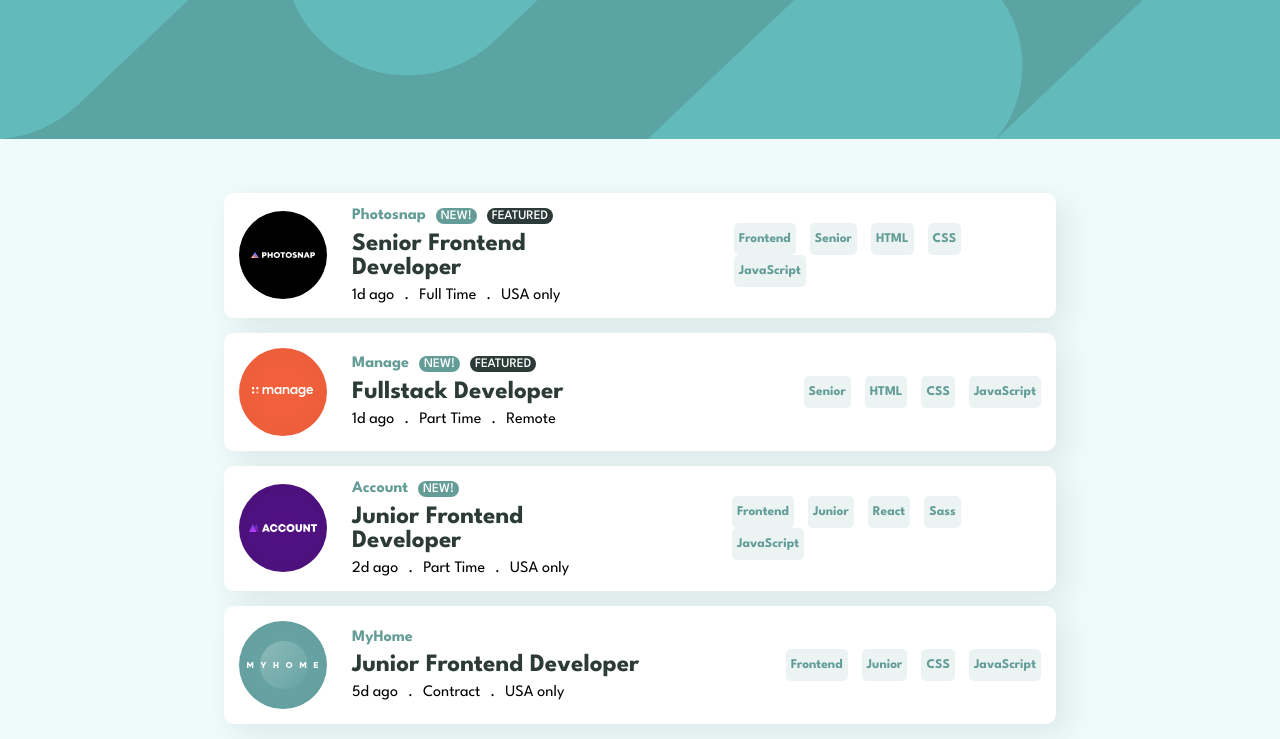
Repository: Eldream12/JobListing
Page: index.html
The author's editor kept a copy of each file at every save. The page is drawn from the files as they stood at one save, then again after a run of saves.
The browser window is 1280 px wide. The pictures show the whole page.

Above is the page before, as saved 2025-03-31 22:06:01.

### index.html
<!DOCTYPE html>
<html lang="en">
	<head>
		<meta charset="UTF-8" />
		<meta name="viewport" content="width=device-width, initial-scale=1.0" />
		<title>Job Listing</title>
		<link rel="stylesheet" href="style/style.css" />
	</head>

	<body>
		<header>
			<div>
				<img src="Images/bg-header-desktop.svg" alt="NavHeader" />
			</div>
		</header>

		<main>
			<div class="content-carrier">
				<div class="content">
					<div class="ctn">
						<img src="Images/photosnap.svg" alt="photosnap" />
						<div class="content-text">
							<div class="txt-1">
								<h4>Photosnap</h4>
								<div class="btn-1">
									<button>NEW!</button>
								</div>
								<div class="btn-2">
									<button>FEATURED</button>
								</div>
							</div>
							<div class="txt-2">
								<h2>Senior Frontend Developer</h2>
							</div>
							<div class="txt-3">
								<p>1d ago</p>
								<p>.</p>
								<p>Full Time</p>
								<p>.</p>
								<p>USA only</p>
							</div>
						</div>
					</div>

					<div class="btn">
						<button>Frontend</button>
						<button>Senior</button>
						<button>HTML</button>
						<button>CSS</button>
						<button>JavaScript</button>
					</div>
				</div>

				<div class="content">
					<div class="ctn">
						<img src="Images/manage.svg" alt="photosnap" />
						<div class="content-text">
							<div class="txt-1">
								<h4>Manage</h4>
								<div class="btn-1">
									<button>NEW!</button>
								</div>
								<div class="btn-2">
									<button>FEATURED</button>
								</div>
							</div>
							<div class="txt-2">
								<h2>Fullstack Developer</h2>
							</div>
							<div class="txt-3">
								<p>1d ago</p>
								<p>.</p>
								<p>Part Time</p>
								<p>.</p>
								<p>Remote</p>
							</div>
						</div>
					</div>

					<div class="btn">
						<!-- <button>Frontend</button> -->
						<button>Senior</button>
						<button>HTML</button>
						<button>CSS</button>
						<button>JavaScript</button>
					</div>
				</div>

				<div class="content">
					<div class="ctn">
						<img src="Images/account.svg" alt="photosnap" />
						<div class="content-text">
							<div class="txt-1">
								<h4>Account</h4>
								<div class="btn-1">
									<button>NEW!</button>
								</div>
								<div class="btn-2">
									<!-- <button>FEATURED</button> -->
								</div>
							</div>
							<div class="txt-2">
								<h2>Junior Frontend Developer</h2>
							</div>
							<div class="txt-3">
								<p>2d ago</p>
								<p>.</p>
								<p>Part Time</p>
								<p>.</p>
								<p>USA only</p>
							</div>
						</div>
					</div>

					<div class="btn">
						<button>Frontend</button>
						<button>Junior</button>
						<button>React</button>
						<button>Sass</button>
						<button>JavaScript</button>
					</div>
				</div>

				<div class="content">
					<div class="ctn">
						<img src="Images/myhome.svg" alt="photosnap" />
						<div class="content-text">
							<div class="txt-1">
								<h4>MyHome</h4>
								<div class="btn-1">
									<!-- <button>NEW!</button> -->
								</div>
								<div class="btn-2">
									<!-- <button>FEATURED</button> -->
								</div>
							</div>
							<div class="txt-2">
								<h2>Junior Frontend Developer</h2>
							</div>
							<div class="txt-3">
								<p>5d ago</p>
								<p>.</p>
								<p>Contract</p>
								<p>.</p>
								<p>USA only</p>
							</div>
						</div>
					</div>

					<div class="btn">
						<button>Frontend</button>
						<button>Junior</button>
						<!-- <button>React</button> -->
						<button>CSS</button>
						<button>JavaScript</button>
					</div>
				</div>
			</div>
		</main>
		<footer></footer>
	</body>
</html>

### style/style.css
@import url("https://fonts.googleapis.com/css2?family=League+Spartan:wght@100..900&display=swap");

* {
	font-family: League Spartan;
	margin: 0;
	padding: 0;
	box-sizing: border-box;
}

html body {
	background-color: hsl(180, 52%, 96%);
}

header img {
	width: 100%;
	background-color: hsl(180, 29%, 50%);
	margin-bottom: 50px;
}

.content-carrier .content {
	display: flex;
	background-color: #ffffff;
	align-items: center;
	justify-content: space-between;
	max-width: 65%;
	margin: auto;
	padding: 15px 15px 15px 15px;
	gap: 90px;
	border-radius: 10px;
	box-shadow: #2c3b3817 10px 10px 30px;
	margin-bottom: 15px;
}

.content-carrier .content .txt-1 {
	display: flex;
}

.content-carrier .content .txt-3 {
	display: flex;
}

.content-carrier .content .ctn {
	display: flex;
	align-items: center;
}

.content .ctn img {
	margin-right: 25px;
}

.content .btn button {
	background-color: #ebf4f3;
	border: none;
	padding: 10px 5px 10px 5px;
	border-radius: 5px;
	color: #649d97;
	font-weight: 700;
	margin-left: 10px;
}

.content .txt-1 h4 {
	color: #649d97;
}

.content .txt-1 .btn-1 button {
	background-color: #649d97;
}

.content .txt-1 .btn-2 button {
	background-color: #2c3b38;
}

.content .txt-1 button {
	font-size: 13px;
	font-weight: 500;
	color: #ffffff;
	border: none;
	padding: 2px 5px 2px 5px;
	border-radius: 10px;
	margin-left: 10px;
}

.content .txt-2 h2 {
	margin: 8px 0 8px 0;
	font-size: 25px;
	color: #2c3b38;
}

.content .txt-3 p {
	margin-right: 10px;
}

After the next 2 saves:
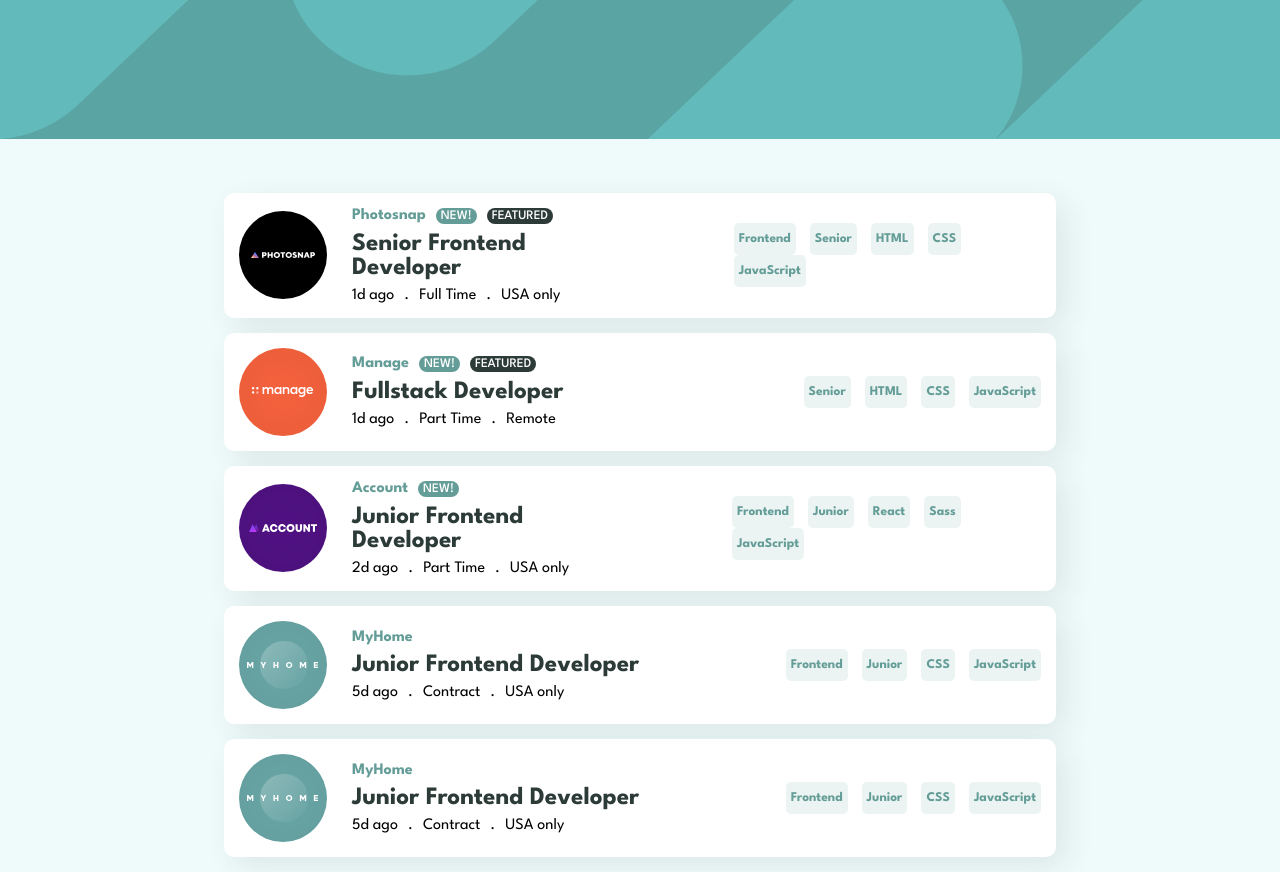
The 2 saves are shown as one change because they came seconds apart.
The last was saved 11 s later.
--- a/index.html
+++ b/index.html
@@ -155,6 +155,41 @@
 						<button>JavaScript</button>
 					</div>
 				</div>
+
+				<div class="content">
+					<div class="ctn">
+						<img src="Images/myhome.svg" alt="photosnap" />
+						<div class="content-text">
+							<div class="txt-1">
+								<h4>MyHome</h4>
+								<div class="btn-1">
+									<!-- <button>NEW!</button> -->
+								</div>
+								<div class="btn-2">
+									<!-- <button>FEATURED</button> -->
+								</div>
+							</div>
+							<div class="txt-2">
+								<h2>Junior Frontend Developer</h2>
+							</div>
+							<div class="txt-3">
+								<p>5d ago</p>
+								<p>.</p>
+								<p>Contract</p>
+								<p>.</p>
+								<p>USA only</p>
+							</div>
+						</div>
+					</div>
+
+					<div class="btn">
+						<button>Frontend</button>
+						<button>Junior</button>
+						<!-- <button>React</button> -->
+						<button>CSS</button>
+						<button>JavaScript</button>
+					</div>
+				</div>
 			</div>
 		</main>
 		<footer></footer>
